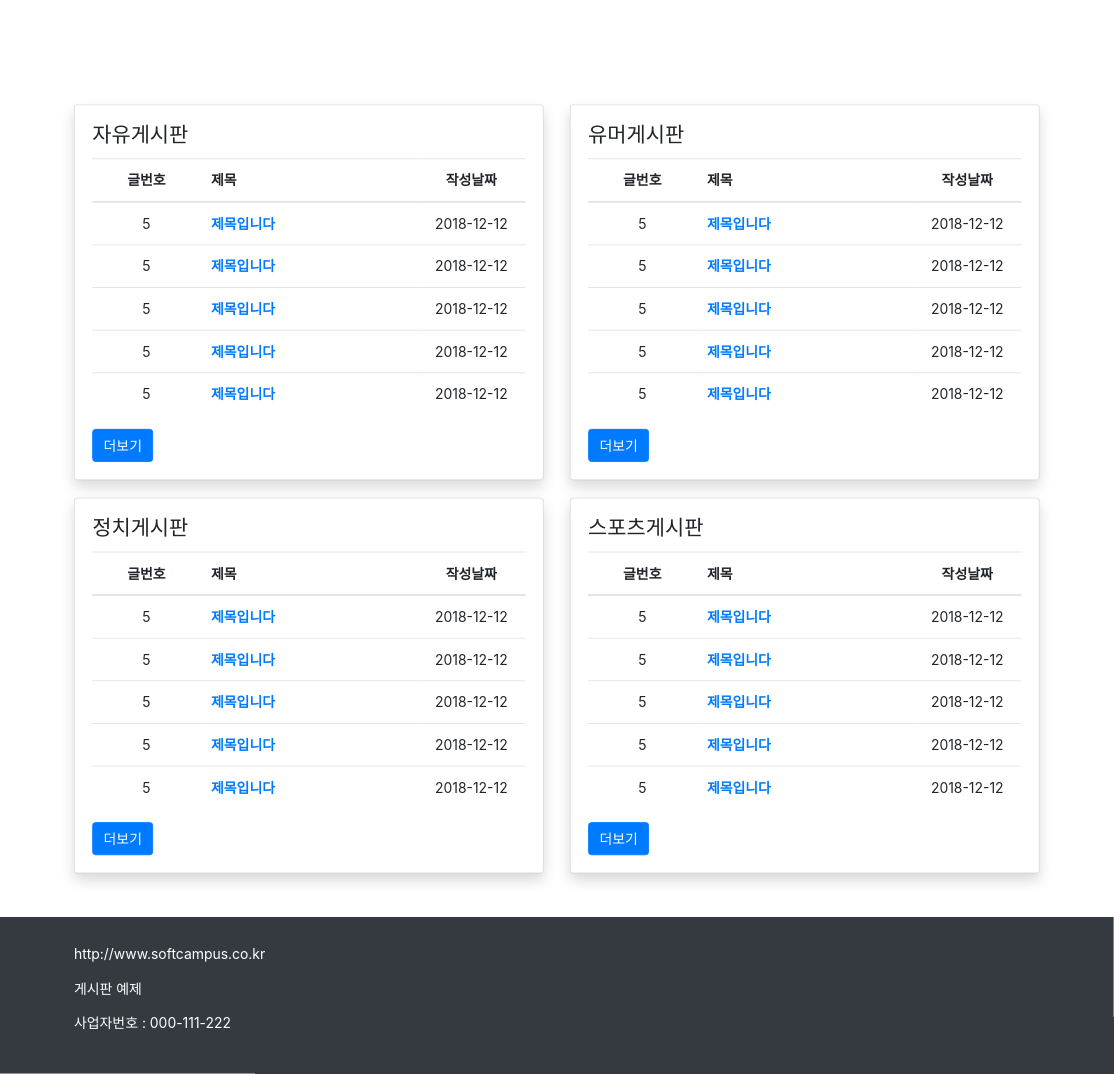
Repository: Wunhyeon/SpringMVC
Page: http://localhost/MiniProjectJava/WEB-INF/views/main.jsp
The author's editor kept a copy of each file at every save. The page is drawn from the files as they stood at one save, then again after a run of saves.
The browser window is 1280 px wide. The pictures show the whole page, at 87% of full size.
The page is served by Tomcat 9. Nobody is signed in. Other server files are loaded and not shown. The template is opened directly, without the code that normally fills it, so the values that code supplies are empty.

Above is the page before, as saved 2020-09-04 01:50:15.

### MiniProjectJava/WebContent/WEB-INF/views/main.jsp
<%@ page language="java" contentType="text/html; charset=UTF-8"
    pageEncoding="UTF-8"%>
<%@ taglib prefix="c" uri="http://java.sun.com/jsp/jstl/core" %>
<!DOCTYPE html>
<html>
<head>
<meta charset="UTF-8">
<meta name="viewport" content="width=device-width, initial-scale=1">
<title>미니 프로젝트</title>
<!-- Bootstrap CDN -->
<link rel="stylesheet" href="https://maxcdn.bootstrapcdn.com/bootstrap/4.1.0/css/bootstrap.min.css">
<script src="https://ajax.googleapis.com/ajax/libs/jquery/3.3.1/jquery.min.js"></script>
<script src="https://cdnjs.cloudflare.com/ajax/libs/popper.js/1.14.0/umd/popper.min.js"></script>
<script src="https://maxcdn.bootstrapcdn.com/bootstrap/4.1.0/js/bootstrap.min.js"></script>
</head>
<body>



<!-- 게시판 미리보기 부분 -->
<div class="container" style="margin-top:100px">
	<div class="row">
		<div class="col-lg-6" style="margin-top:20px">
			<div class="card shadow">
				<div class="card-body">
					<h4 class="card-title">자유게시판</h4>
					<table class="table table-hover" id='board_list'>
						<thead>
							<tr>
								<th class="text-center w-25">글번호</th>
								<th>제목</th>
								<th class="text-center w-25 d-none d-xl-table-cell">작성날짜</th>
							</tr>
						</thead>
						<tbody>
							<tr>
								<td class="text-center">5</td>
								<th><a href='board_read.html'>제목입니다</a></th>
								<td class="text-center d-none d-xl-table-cell">2018-12-12</td>
							</tr>
							<tr>
								<td class="text-center">5</td>
								<th><a href='board_read.html'>제목입니다</a></th>
								<td class="text-center d-none d-xl-table-cell">2018-12-12</td>
							</tr>
							<tr>
								<td class="text-center">5</td>
								<th><a href='board_read.html'>제목입니다</a></th>
								<td class="text-center d-none d-xl-table-cell">2018-12-12</td>
							</tr>
							<tr>
								<td class="text-center">5</td>
								<th><a href='board_read.html'>제목입니다</a></th>
								<td class="text-center d-none d-xl-table-cell">2018-12-12</td>
							</tr>
							<tr>
								<td class="text-center">5</td>
								<th><a href='board_read.html'>제목입니다</a></th>
								<td class="text-center d-none d-xl-table-cell">2018-12-12</td>
							</tr>
						</tbody>
					</table>

					<a href="board_main.html" class="btn btn-primary">더보기</a>
				</div>
			</div>
		</div>
		<div class="col-lg-6" style="margin-top:20px">
			<div class="card shadow">
				<div class="card-body">
					<h4 class="card-title">유머게시판</h4>
					<table class="table table-hover">
						<thead>
							<tr>
								<th class="text-center w-25">글번호</th>
								<th>제목</th>
								<th class="text-center w-25 d-none d-xl-table-cell">작성날짜</th>
							</tr>
						</thead>
						<tbody>
							<tr>
								<td class="text-center">5</td>
								<th><a href='board_read.html'>제목입니다</a></th>
								<td class="text-center d-none d-xl-table-cell">2018-12-12</td>
							</tr>
							<tr>
								<td class="text-center">5</td>
								<th><a href='board_read.html'>제목입니다</a></th>
								<td class="text-center d-none d-xl-table-cell">2018-12-12</td>
							</tr>
							<tr>
								<td class="text-center">5</td>
								<th><a href='board_read.html'>제목입니다</a></th>
								<td class="text-center d-none d-xl-table-cell">2018-12-12</td>
							</tr>
							<tr>
								<td class="text-center">5</td>
								<th><a href='board_read.html'>제목입니다</a></th>
								<td class="text-center d-none d-xl-table-cell">2018-12-12</td>
							</tr>
							<tr>
								<td class="text-center">5</td>
								<th><a href='board_read.html'>제목입니다</a></th>
								<td class="text-center d-none d-xl-table-cell">2018-12-12</td>
							</tr>
						</tbody>
					</table>

					<a href="board_main.html" class="btn btn-primary">더보기</a>
				</div>
			</div>

		</div>
		<div class="col-lg-6" style="margin-top:20px">
			<div class="card shadow">
				<div class="card-body">
					<h4 class="card-title">정치게시판</h4>
					<table class="table table-hover">
						<thead>
							<tr>
								<th class="text-center w-25">글번호</th>
								<th>제목</th>
								<th class="text-center w-25 d-none d-xl-table-cell">작성날짜</th>
							</tr>
						</thead>
						<tbody>
							<tr>
								<td class="text-center">5</td>
								<th><a href='board_read.html'>제목입니다</a></th>
								<td class="text-center d-none d-xl-table-cell">2018-12-12</td>
							</tr>
							<tr>
								<td class="text-center">5</td>
								<th><a href='board_read.html'>제목입니다</a></th>
								<td class="text-center d-none d-xl-table-cell">2018-12-12</td>
							</tr>
							<tr>
								<td class="text-center">5</td>
								<th><a href='board_read.html'>제목입니다</a></th>
								<td class="text-center d-none d-xl-table-cell">2018-12-12</td>
							</tr>
							<tr>
								<td class="text-center">5</td>
								<th><a href='board_read.html'>제목입니다</a></th>
								<td class="text-center d-none d-xl-table-cell">2018-12-12</td>
							</tr>
							<tr>
								<td class="text-center">5</td>
								<th><a href='board_read.html'>제목입니다</a></th>
								<td class="text-center d-none d-xl-table-cell">2018-12-12</td>
							</tr>
						</tbody>
					</table>

					<a href="board_main.html" class="btn btn-primary">더보기</a>
				</div>
			</div>
		</div>
		<div class="col-lg-6" style="margin-top:20px">
			<div class="card shadow">
				<div class="card-body">
					<h4 class="card-title">스포츠게시판</h4>
					<table class="table table-hover">
						<thead>
							<tr>
								<th class="text-center w-25">글번호</th>
								<th>제목</th>
								<th class="text-center w-25 d-none d-xl-table-cell">작성날짜</th>
							</tr>
						</thead>
						<tbody>
							<tr>
								<td class="text-center">5</td>
								<th><a href='board_read.html'>제목입니다</a></th>
								<td class="text-center d-none d-xl-table-cell">2018-12-12</td>
							</tr>
							<tr>
								<td class="text-center">5</td>
								<th><a href='board_read.html'>제목입니다</a></th>
								<td class="text-center d-none d-xl-table-cell">2018-12-12</td>
							</tr>
							<tr>
								<td class="text-center">5</td>
								<th><a href='board_read.html'>제목입니다</a></th>
								<td class="text-center d-none d-xl-table-cell">2018-12-12</td>
							</tr>
							<tr>
								<td class="text-center">5</td>
								<th><a href='board_read.html'>제목입니다</a></th>
								<td class="text-center d-none d-xl-table-cell">2018-12-12</td>
							</tr>
							<tr>
								<td class="text-center">5</td>
								<th><a href='board_read.html'>제목입니다</a></th>
								<td class="text-center d-none d-xl-table-cell">2018-12-12</td>
							</tr>
						</tbody>
					</table>

					<a href="board_main.html" class="btn btn-primary">더보기</a>
				</div>
			</div>
		</div>
	</div>
</div>

<div class="container-fluid bg-dark text-white" style="margin-top:50px;padding-top:30px;padding-bottom:30px">
	<div class="container">
		<p>http://www.softcampus.co.kr</p>
		<p>게시판 예제</p>
		<p>사업자번호 : 000-111-222</p>
	</div>
</div>

</body>
</html>

### MiniProjectJava/WebContent/WEB-INF/views/include/top_menu.jsp
<%@ page language="java" contentType="text/html; charset=UTF-8"
    pageEncoding="UTF-8"%>
<!-- 상단 메뉴 부분 -->
<nav class="navbar navbar-expand-md bg-dark navbar-dark fixed-top shadow-lg">
	<a class="navbar-brand" href="index.html">SoftCampus</a>
	<button class="navbar-toggler" type="button" data-toggle="collapse"
	        data-target="#navMenu">
		<span class="navbar-toggler-icon"></span>
	</button>
	<div class="collapse navbar-collapse" id="navMenu">
		<ul class="navbar-nav">
			<li class="nav-item">
				<a href="board_main.html" class="nav-link">자유게시판</a>
			</li>
			<li class="nav-item">
				<a href="board_main.html" class="nav-link">유머게시판</a>
			</li>
			<li class="nav-item">
				<a href="board_main.html" class="nav-link">정치게시판</a>
			</li>
			<li class="nav-item">
				<a href="board_main.html" class="nav-link">스포츠게시판</a>
			</li>
		</ul>

		<ul class="navbar-nav ml-auto">
			<li class="nav-item">
				<a href="login.html" class="nav-link">로그인</a>
			</li>
			<li class="nav-item">
				<a href="join.html" class="nav-link">회원가입</a>
			</li>
			<li class="nav-item">
				<a href="modify_user.html" class="nav-link">정보수정</a>
			</li>
			<li class="nav-item">
				<a href="index.html" class="nav-link">로그아웃</a>
			</li>
		</ul>
	</div>
</nav>

After the next 3 saves:
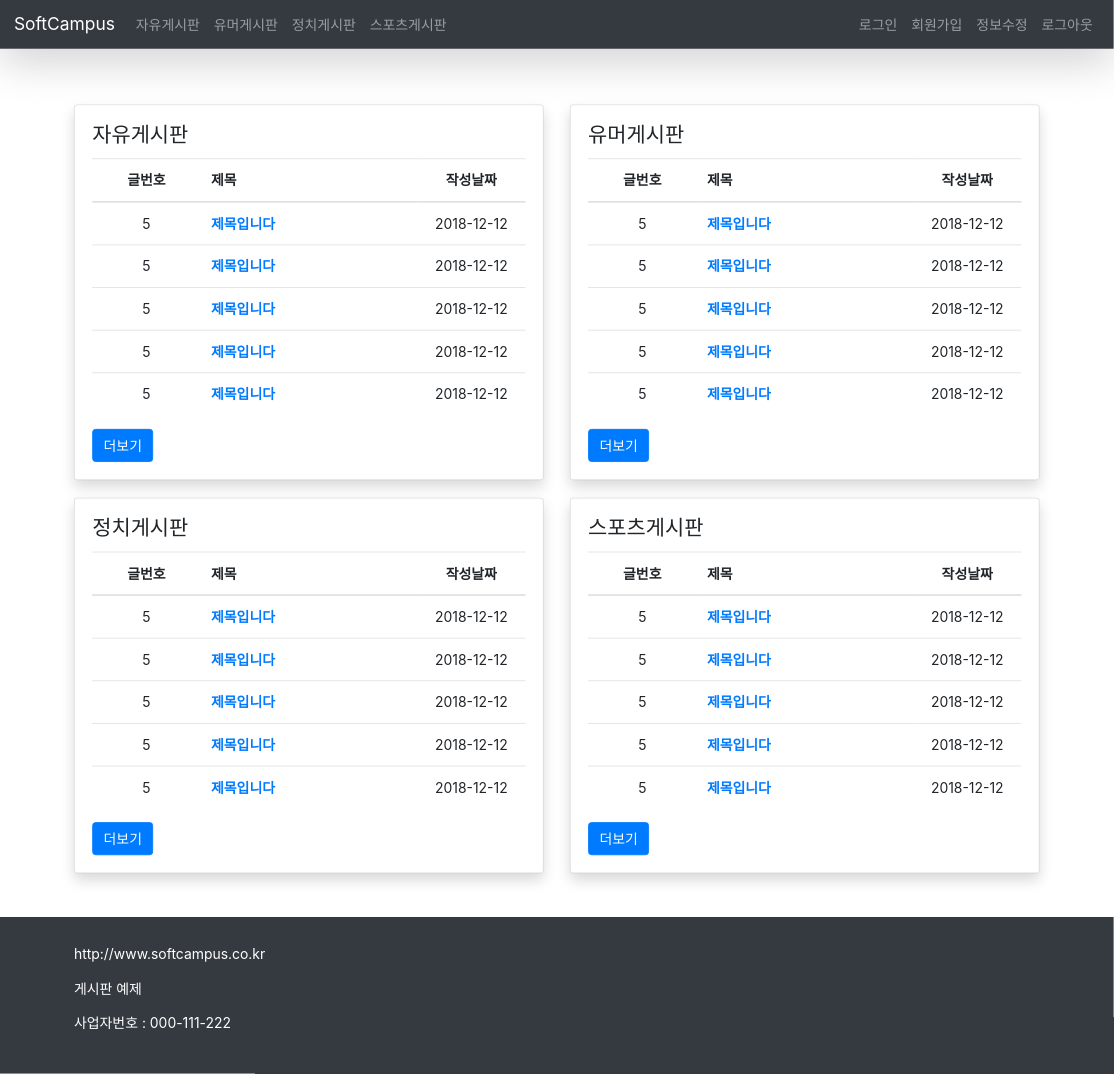
The 3 saves are shown as one change because 2 did not build or start.
The last was saved 3 min 45 s later.
--- a/MiniProjectJava/WebContent/WEB-INF/views/main.jsp
+++ b/MiniProjectJava/WebContent/WEB-INF/views/main.jsp
@@ -6,7 +6,7 @@
 <head>
 <meta charset="UTF-8">
 <meta name="viewport" content="width=device-width, initial-scale=1">
-<title>미니 프로젝트</title>
+<title>미니 프로젝트(JAVA)</title>
 <!-- Bootstrap CDN -->
 <link rel="stylesheet" href="https://maxcdn.bootstrapcdn.com/bootstrap/4.1.0/css/bootstrap.min.css">
 <script src="https://ajax.googleapis.com/ajax/libs/jquery/3.3.1/jquery.min.js"></script>
@@ -15,7 +15,7 @@
 </head>
 <body>
 
-
+<c:import url="/WEB-INF/views/include/top_menu.jsp"></c:import>
 
 <!-- 게시판 미리보기 부분 -->
 <div class="container" style="margin-top:100px">
